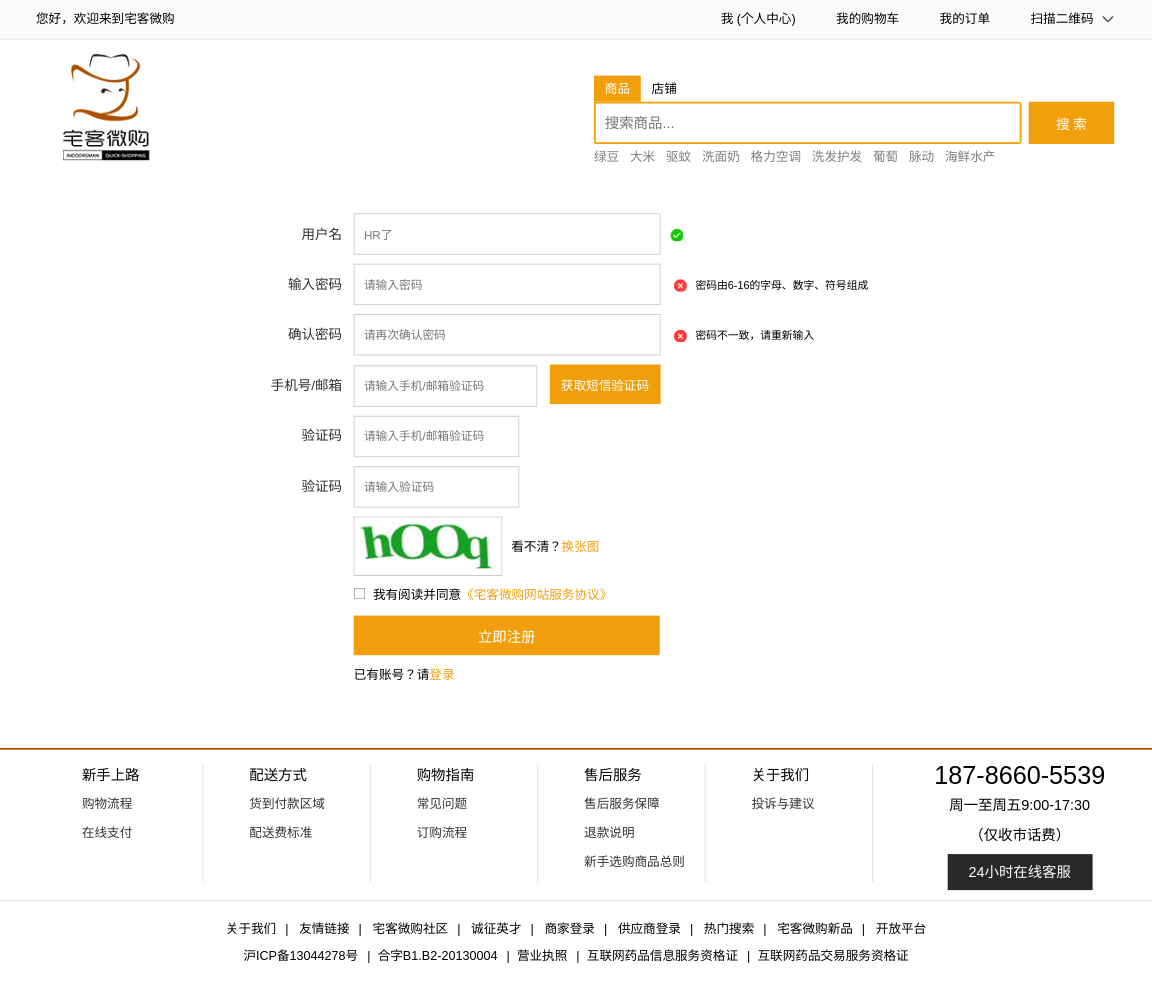
Repository: hucongting/MobliePhoneMall
Page: http://localhost/HelloMall/home/register.jsp
The author's editor kept a copy of each file at every save. The page is drawn from the files as they stood at one save, then again after the next save.
The browser window is 1280 px wide. The pictures show the whole page, at 90% of full size.
The page is served by Tomcat 9. Nobody is signed in. The application's start-up code is not run.

Above is the page before, as saved 2018-09-01 07:20:02.

After the next save:
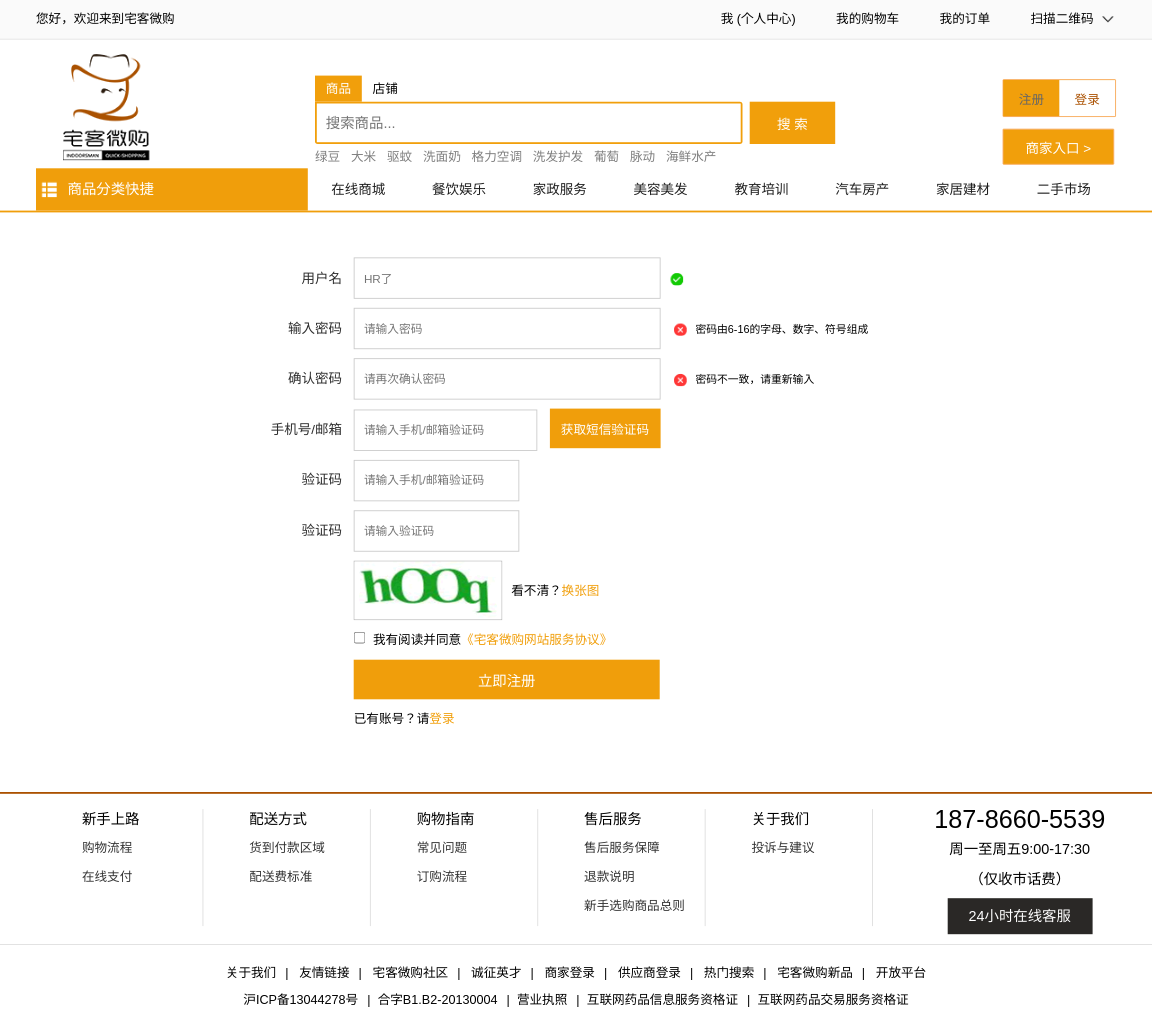
Saved 40 s later.
--- a/HelloMall/src/main/webapp/home/register.jsp
+++ b/HelloMall/src/main/webapp/home/register.jsp
@@ -14,59 +14,7 @@
 <body>
 
 	<!--top 开始-->
-    <div class="top">
-    	<div class="top-con w1200">
-        	<p class="t-con-l f-l">您好，欢迎来到宅客微购</p>
-            <ul class="t-con-r f-r">
-            	<li><a href="#">我 (个人中心)</a></li>
-            	<li><a href="#">我的购物车</a></li>
-            	<li><a href="#">我的订单</a></li>
-            	<li class="erweima">
-                	<a href="#">扫描二维码</a>
-                    <div class="ewm-tu">
-                    	<a href="#"><img src="images/erweima-tu.jpg" /></a>
-                    </div>
-                </li>
-                <div style="clear:both;"></div>
-            </ul>
-            <div style="clear:both;"></div>
-        </div>
-    </div>
-
-    <!--logo search 开始-->
-    <div class="hd-info1 w1200">
-    	<div class="logo f-l">
-        	<h1><a href="#" title="中林网站"><img src="images/logo.jpg" /></a></h1>
-        </div>
-        <div class="search f-r">
-        	<ul class="sp">
-            	<li class="current" ss-search="sp"><a href="JavaScript:;">商品</a></li>
-                <li ss-search="dp"><a href="JavaScript:;">店铺</a></li>
-                <div style="clear:both;"></div>
-            </ul>
-            <div class="srh">
-            	<div class="ipt f-l">
-                	<input type="text" placeholder="搜索商品..." ss-search-show="sp" />
-                    <input type="text" placeholder="搜索店铺..." ss-search-show="dp" style="display:none;" />
-                </div>
-                <button class="f-r">搜 索</button>
-                <div style="clear:both;"></div>
-            </div>
-            <ul class="sp2">
-                <li><a href="#">绿豆</a></li>
-                <li><a href="#">大米</a></li>
-                <li><a href="#">驱蚊</a></li>
-                <li><a href="#">洗面奶</a></li>
-                <li><a href="#">格力空调</a></li>
-                <li><a href="#">洗发护发</a></li>
-                <li><a href="#">葡萄 </a></li>
-                <li><a href="#">脉动</a></li>
-                <li><a href="#">海鲜水产</a></li>
-                <div style="clear:both;"></div>
-            </ul>
-        </div>
-        <div style="clear:both;"></div>
-    </div>
+    <jsp:include page="index_top.jsp"></jsp:include>
 
     <!--内容开始-->
     <div class="password-con registered">
